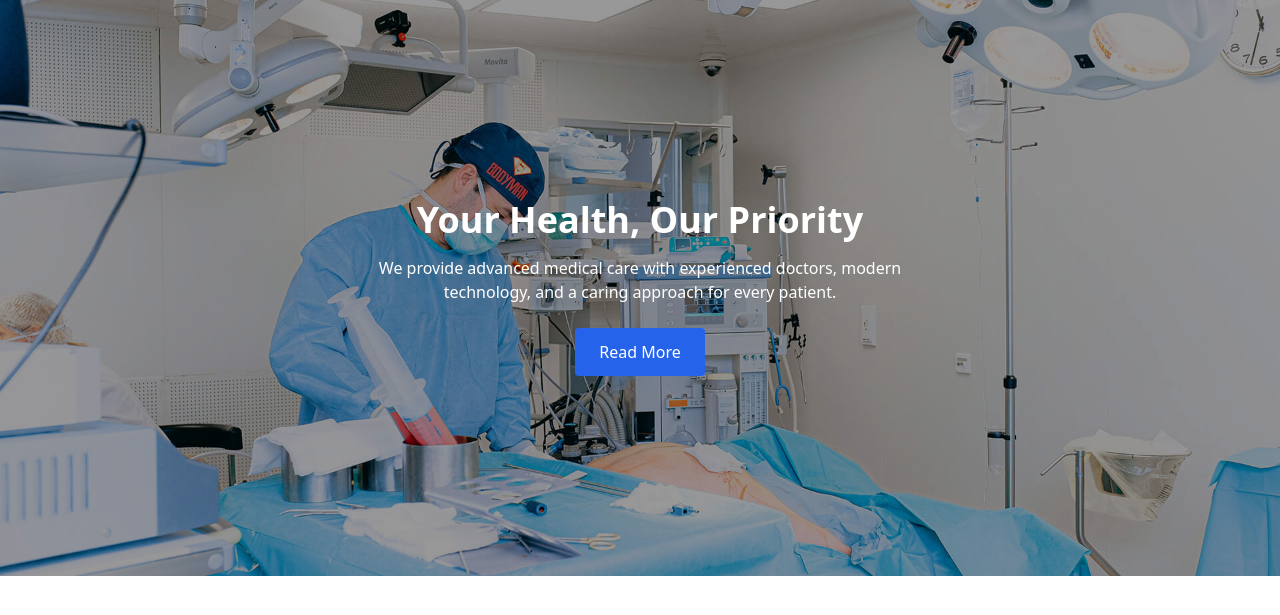
Repository: ahmedkhaleddev02-del/DoctorAppointment-MERN
Page: / (app in frontend/frontend/)
These files come from the project's save history. The page is drawn as it stood at one moment and after the next save; the edit follows.
The browser window is 1280 px wide. The pictures show the whole page.
The project was rebuilt for these pictures with package versions that can differ from the ones it lists, and the page was loaded fresh each time.

Above is the page before, as saved 2025-07-27 17:46:11.

After the next save:
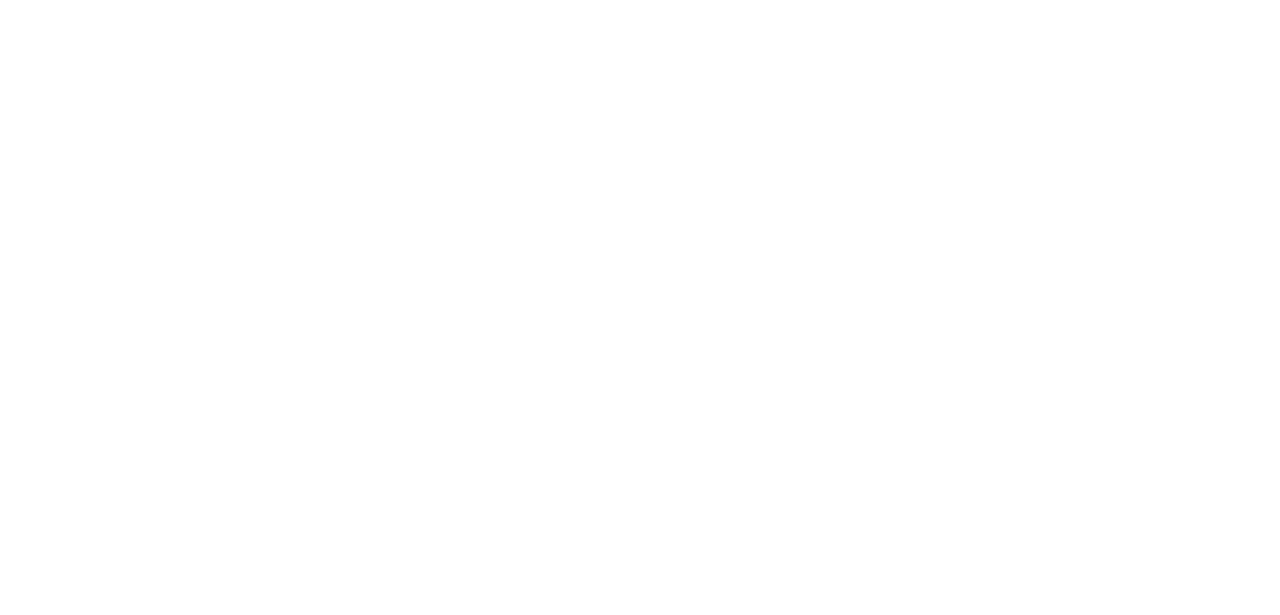
Saved 77 s later.
--- a/frontend/frontend/src/components/HeroSlider.jsx
+++ b/frontend/frontend/src/components/HeroSlider.jsx
@@ -42,7 +42,7 @@
   return (
     <section className='relative w-full h-[80vh] overflow-hidden' >
         <Slider {...settings}>
-                {slides.map((slide,index)=>(
+                {slides.map((slide,index)=>{
                     <div  key={index} className="relative w-full h-[80vh]">
 
                 <img  src={slide.image}   className="w-full h-full object-cover"/>
@@ -61,7 +61,7 @@
                 </div>
 
                     </div>
-                ))}
+                })}
 
 
         </Slider>

After the save that followed:
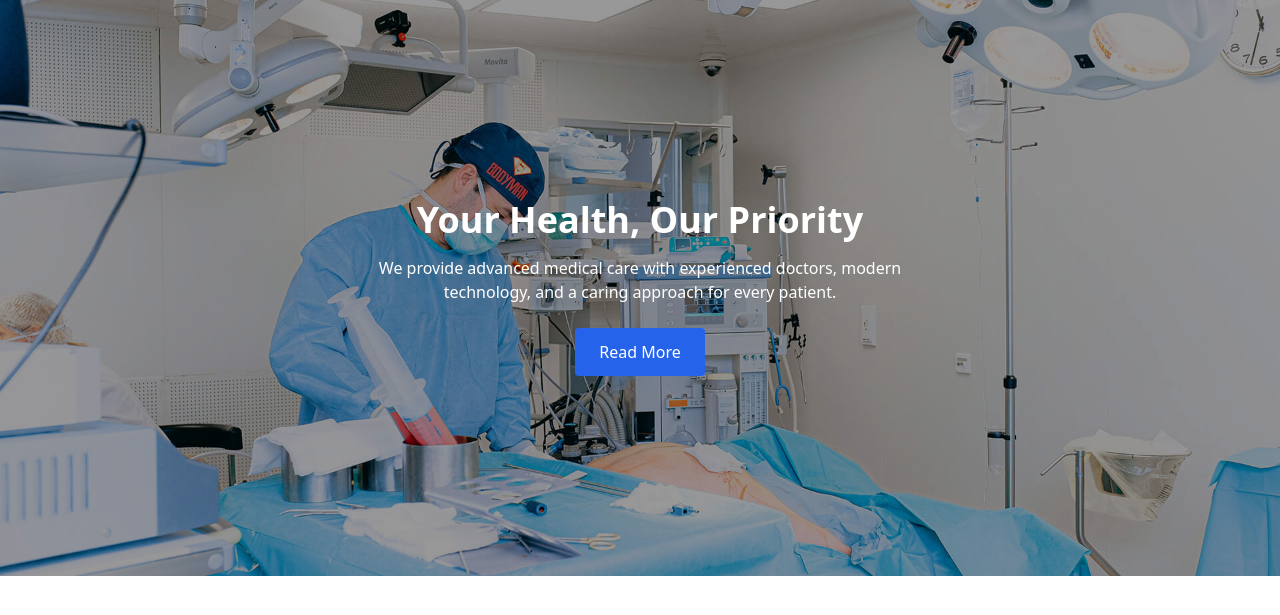
Saved 37 s later.
--- a/frontend/frontend/src/components/HeroSlider.jsx
+++ b/frontend/frontend/src/components/HeroSlider.jsx
@@ -42,7 +42,7 @@
   return (
     <section className='relative w-full h-[80vh] overflow-hidden' >
         <Slider {...settings}>
-                {slides.map((slide,index)=>{
+                {slides.map((slide,index)=>(
                     <div  key={index} className="relative w-full h-[80vh]">
 
                 <img  src={slide.image}   className="w-full h-full object-cover"/>
@@ -61,7 +61,7 @@
                 </div>
 
                     </div>
-                })}
+                ))}
 
 
         </Slider>
